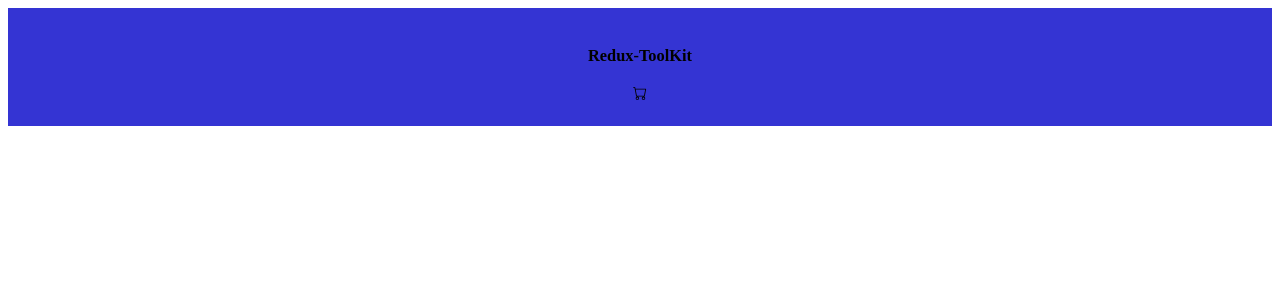
Repository: OmniaRafat232111121/shoppingCart
Page: /
These files come from the project's save history. The page is drawn as it stood at one moment and after the next save; the edit follows.
The browser window is 1280 px wide. The pictures show the whole page.
The project was rebuilt for these pictures with package versions that can differ from the ones it lists, and the page was loaded fresh each time.

Above is the page before, as saved 2023-02-07 01:43:32.

### src/index.js
import React from 'react';
import ReactDOM from 'react-dom/client';
import './index.css';
import App from './App';
import { Provider } from 'react-redux';
import { store } from './store';
const root = ReactDOM.createRoot(document.getElementById('root'));
root.render(
  <React.StrictMode>
    <Provider store={store}>
      <App />
    </Provider>
  </React.StrictMode>
);

### src/index.css
body {
  margin:0
   font-family: -apple-system, BlinkMacSystemFont, 'Segoe UI', Roboto, Oxygen,
    Ubuntu, Cantarell, 'Open Sans', 'Helvetica Neue', sans-serif;
  background: var(--clr-grey-10);
  color: var(--clr-grey-1);
  line-height: 1.5;
  font-size: 0.875rem;
}

code {
  font-family: source-code-pro, Menlo, Monaco, Consolas, 'Courier New',
    monospace;
}
nav{
  background-color: rgb(52, 52, 211);
  padding:20px 20px;
}

### src/App.js
import './App.css';
import Navbar from './Component/Navbar';

function App() {
  return (
    <div className="App">
  <Navbar/>
    </div>
  );
}

export default App;

### src/store.js
import { configureStore } from "@reduxjs/toolkit";
import cartReducer from './features/cart/cartSlice'
export const store = configureStore({
    reducer: {
        cart:cartReducer
    }
})

### src/Component/Navbar.js
import React from 'react'
import { useSelector } from 'react-redux';
import {BsCart} from 'react-icons/bs'
const Navbar = () => {
    const {amount}=useSelector((state)=>state.cart)
  return (
      <>
          <nav>
              <div className='nav-center'>
                  <h3>Redux-ToolKit</h3>
                  <div className='nav-container'>
                      <BsCart/>
                  </div>

              </div>
          </nav>
      </>
  )
}

export default Navbar

### src/features/cart/cartSlice.js
import { createSlice } from "@reduxjs/toolkit";
const initialState = {
    cartItems: [],
    amount: 0,
    total: 0,
    isLoading:true
}
  const cartSlice = createSlice({
    name: 'cart',
    initialState,
})
console.log(cartSlice)
export default cartSlice.reducer

Loaded but not shown: public/index.html (common file); src/App.css (common file)

After the next save:
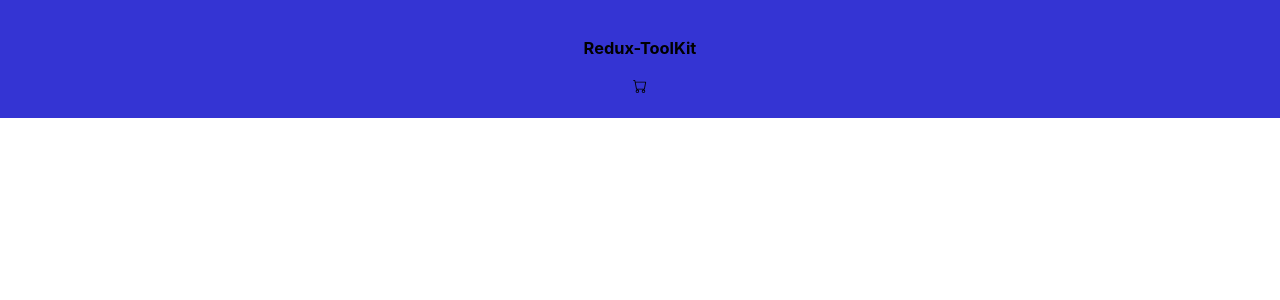
Saved 5 s later.
--- a/src/index.css
+++ b/src/index.css
@@ -1,5 +1,6 @@
 body {
-  margin:0
+  margin:0;
+  padding:0;
    font-family: -apple-system, BlinkMacSystemFont, 'Segoe UI', Roboto, Oxygen,
     Ubuntu, Cantarell, 'Open Sans', 'Helvetica Neue', sans-serif;
   background: var(--clr-grey-10);
